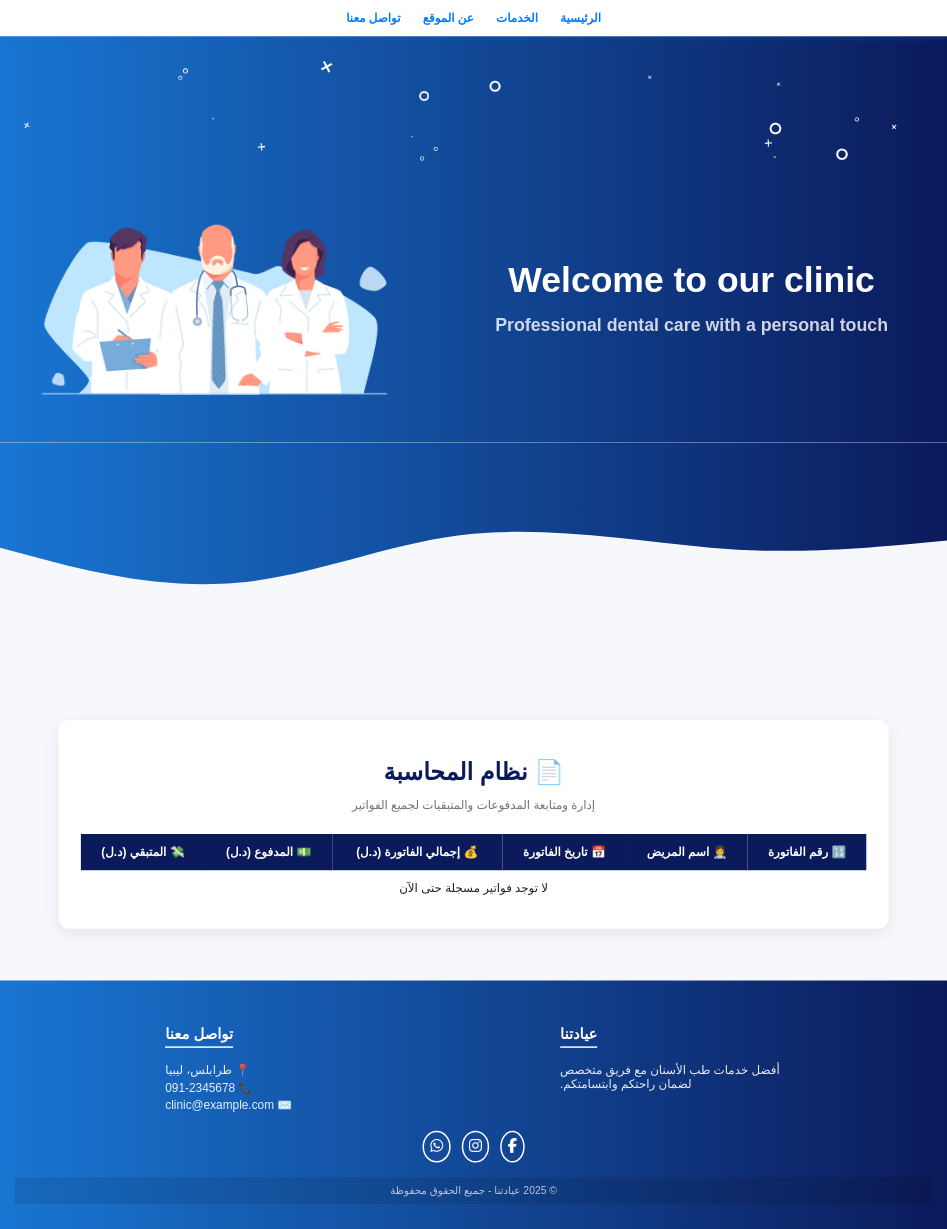
Repository: mysite4/s
Page: http://localhost/accounting-dashboard/
An editor plug-in stored every save of this project. The page is shown before and after the next save, followed by the edit.
The browser window is 1280 px wide. The pictures show the whole page, at 74% of full size.
Some web fonts or font styles are not loaded; a fallback is used. The page is served by the project's application, run on Django 5.2 (manage.py). Other server files are loaded and not shown. Queries for data that is not in the repository find no rows.

Above is the page before, as saved 2025-11-26 23:27:17.

### main/templates/services/accounting.html
{% extends 'base.html' %}
{% load static %}

{% block content %}

<link rel="stylesheet" href="{% static 'css/dashboard.css' %}">

<style>
body {
    background-color: #f7f8fc;
    font-family: 'Cairo', sans-serif;
}

.page-container {
    max-width: 1100px;
    margin: 40px auto;
    padding: 30px;
    background: #fff;
    border-radius: 15px;
    box-shadow: 0 6px 20px rgba(0,0,0,0.08);
}

.page-title {
    font-size: 32px;
    font-weight: bold;
    color: #0b1a5b;
    text-align: center;
    margin-bottom: 5px;
}

.page-subtitle {
    text-align: center;
    color: #6c757d;
    margin-bottom: 30px;
    font-size: 16px;
}

.table-container {
    overflow-x: auto;
}

.table {
    width: 100%;
    border-collapse: separate;
    border-spacing: 0;
}

.table thead {
    background: #0b1a5b;
    color: #fff;
    font-weight: 600;
}

.table th, .table td {
    padding: 15px;
    text-align: center;
    vertical-align: middle;
}

.table tbody tr {
    transition: background 0.2s;
}

.table tbody tr:hover {
    background: #f1f3f7;
}

.badge-paid {
    background: #198754;
    padding: 5px 12px;
    border-radius: 12px;
    color: #fff;
    font-weight: bold;
    font-size: 14px;
}

.badge-remain {
    background: #dc3545;
    padding: 5px 12px;
    border-radius: 12px;
    color: #fff;
    font-weight: bold;
    font-size: 14px;
}

.text-muted {
    color: #6c757d;
    font-style: italic;
}
</style>

<div class="page-container">
    <h1 class="page-title">📄 نظام المحاسبة</h1>
    <p class="page-subtitle">إدارة ومتابعة المدفوعات والمتبقيات لجميع الفواتير</p>

    <div class="table-container">
        <table class="table table-bordered table-hover">
            <thead>
                <tr>
                    <th>🔢 رقم الفاتورة</th>
                    <th>👩‍⚕️ اسم المريض</th>
                    <th>📅 تاريخ الفاتورة</th>
                    <th>💰 إجمالي الفاتورة (د.ل)</th>
                    <th>💵 المدفوع (د.ل)</th>
                    <th>💸 المتبقي (د.ل)</th>
                </tr>
            </thead>
            <tbody>
                {% for invoice in invoices %}
                <tr>
                    <td>{{ invoice.number }}</td>
                    <td>
                        {% if invoice.appointment %}
                            {{ invoice.appointment.name }}
                        {% else %}
                            <span class="text-muted">غير مرتبط بموعد</span>
                        {% endif %}
                    </td>
                    <td>{{ invoice.date|date:"Y-m-d" }}</td>
                    <td>{{ invoice.total_amount }} د.ل</td>
                    <td><span class="badge-paid">{{ invoice.paid_amount }} د.ل</span></td>
                    <td>
                        {% if invoice.remaining_amount > 0 %}
                            <span class="badge-remain">{{ invoice.remaining_amount }} د.ل</span>
                        {% else %}
                            <span class="badge-paid">0 د.ل</span>
                        {% endif %}
                    </td>
                </tr>
                {% empty %}
                <tr>
                    <td colspan="6" class="text-center text-danger fw-bold">
                        لا توجد فواتير مسجلة حتى الآن
                    </td>
                </tr>
                {% endfor %}
            </tbody>
        </table>
    </div>
</div>

{% endblock %}

### main/templates/base.html
{% load static %}
<!DOCTYPE html>
<html lang="ar" dir="rtl">
<head>
<meta charset="UTF-8">
<meta name="viewport" content="width=device-width, initial-scale=1.0">
<title>{% block title %}عيادتنا{% endblock %}</title>
<link href="https://fonts.googleapis.com/css2?family=Cairo:wght@200..1000&display=swap" rel="stylesheet">
<link rel="stylesheet" href="https://cdn.jsdelivr.net/npm/swiper@10/swiper-bundle.min.css"/>
<link rel="stylesheet" href="https://cdnjs.cloudflare.com/ajax/libs/font-awesome/6.5.0/css/all.min.css">
<link rel="stylesheet" href="{% static 'css/style.css' %}">
{% block extra_head %}{% endblock %}
</head>
<body>

<!-- الهيدر -->
<nav>
  <ul>
    <li>{% if request.path == '/' %}
  <a href="#" class="active">الرئيسية</a>
{% else %}
  <a href="{% url 'home' %}">الرئيسية</a>
{% endif %}
</li>
    <li>
    {% if request.path == '/' %}
      <a href="#services">الخدمات</a>
    {% else %}
      <a href="{% url 'home' %}#services">الخدمات</a>
    {% endif %}
  </li>
    <li>
    {% if request.path == '/' %}
      <a href="#about">عن الموقع</a>
    {% else %}
      <a href="{% url 'home' %}#about">عن الموقع</a>
    {% endif %}
  </li>
    <li><a href="#contact">تواصل معنا</a></li>
  </ul>
</nav>

<header id="home">
  <div class="header-image">
    <img src="{% static 'image/44.png' %}" alt="صورة شفافة">
  </div>
  <div class="header-content">
    <div class="header-text">
      <h1>Welcome to our clinic</h1>
      <h3>Professional dental care with a personal touch</h3>
    </div>
    <div class="header-icon">
      <img src="{% static 'image/r.png.png' %}" alt="ريم">
    </div>
  </div>
</header>
<!-- موجة -->
<svg class="waves" xmlns="http://www.w3.org/2000/svg" viewBox="0 0 1440 320">
  <defs>
    <linearGradient id="waveGradient" x1="0%" y1="0%" x2="100%" y2="0%">
      <stop offset="0%" style="stop-color:#1976d2;stop-opacity:1" />
      <stop offset="100%" style="stop-color:#0b1a5b;stop-opacity:1"/>
    </linearGradient>
  </defs>
  <path fill="url(#waveGradient)" d="M0,160L60,176C120,192,240,224,360,213.3C480,203,600,149,720,138.7C840,128,960,149,1080,160C1200,171,1320,160,1380,154.7L1440,149L1440,0L0,0Z"></path>
</svg>
<!-- مكان المحتوى لكل صفحة -->
<main>
  {% block content %}{% endblock %}
</main>

<!-- الفوتر -->
<footer id="contact">
  <div class="footer-container">
    <div class="footer-col">
      <h3>عيادتنا</h3>
      <p>أفضل خدمات طب الأسنان مع فريق متخصص لضمان راحتكم وابتسامتكم.</p>
    </div>

    <div class="footer-col">
      <h3>تواصل معنا</h3>
      <ul>
        <li>📍 طرابلس، ليبيا</li>
        <li>📞 091-2345678</li>
        <li>✉️ clinic@example.com</li>
      </ul>
    </div>
  </div>

  <div class="social-icons">
    <a href="#"><i class="fab fa-facebook-f"></i></a>
    <a href="#"><i class="fab fa-instagram"></i></a>
    <a href="#"><i class="fab fa-whatsapp"></i></a>
  </div>

  <p class="bottom-text">© 2025 عيادتنا - جميع الحقوق محفوظة</p>
</footer>

<script src="https://cdn.jsdelivr.net/npm/swiper@10/swiper-bundle.min.js"></script>
{% block extra_js %}{% endblock %}

<!-- Bootstrap JS -->
<script src="https://cdn.jsdelivr.net/npm/bootstrap@5.3.0/dist/js/bootstrap.bundle.min.js"></script>

</body>
</html>

### main/views.py
from django.shortcuts import render, redirect
from django.utils import timezone
from django.http import JsonResponse
from .models import Appointment, Patient, Notification, Invoice, Payment, AccountingItem, DoctorSchedule
from .forms import AppointmentForm, PatientForm
from django.utils.crypto import get_random_string

# ------------------- الصفحة الرئيسية -------------------
def home(request):
    return render(request, 'home.html')


# ------------------- صفحة الحجز -------------------
def booking_page(request):
    doctor_id = request.GET.get('doctor')  # للحصول على الطبيب من الرابط
    if request.method == 'POST':
        form = AppointmentForm(request.POST)
        if form.is_valid():
            appointment = form.save(commit=False)
            # السعر ثابت 500 أو يمكن تغييره حسب الحاجة
            appointment.service_price = 500
            appointment.save()

            # بيانات الدفع
            paid_amount = float(request.POST.get('paid_amount', 0))

            # إنشاء أو تحديث المريض
            patient_name = form.cleaned_data['name']
            patient_phone = form.cleaned_data['phone']
            patient_notes = form.cleaned_data.get('message', '')

            patient, created = Patient.objects.update_or_create(
                name=patient_name,
                defaults={
                    'phone': patient_phone,
                    'notes': patient_notes
                }
            )

            # إنشاء رقم فاتورة فريد
            invoice_number = "INV-" + get_random_string(6).upper()

            # إنشاء الفاتورة بدون تمرير total_amount
            invoice = Invoice.objects.create(
                appointment=appointment,
                number=invoice_number,
                paid_amount=paid_amount,
                date=timezone.now()
            )

            # إنشاء دفعة إذا تم الدفع
            if paid_amount > 0:
                Payment.objects.create(
                    invoice=invoice,
                    amount=paid_amount,
                    paid_at=timezone.now()
                )

            return render(request, 'booking_success.html', {'invoice': invoice})

    else:
        form = AppointmentForm(initial={'doctor': doctor_id})

    return render(request, 'booking.html', {'form': form, 'doctor_id': doctor_id})


# ------------------- عرض جميع المواعيد -------------------
def appointments(request):
    appointments_list = Appointment.objects.all().order_by('-date', '-time')
    return render(request, 'services/appointments.html', {'appointments': appointments_list})


# ------------------- عرض وإضافة المرضى -------------------
def patients_view(request):
    if request.method == 'POST':
        form = PatientForm(request.POST)
        if form.is_valid():
            form.save()
            return redirect('patients')
    else:
        form = PatientForm()

    patients_list = Patient.objects.all().order_by('-id')
    return render(request, 'services/patients.html', {'form': form, 'patients': patients_list})


# ------------------- صفحة المحاسبة -------------------
def accounting_dashboard(request):
    items = AccountingItem.objects.all().order_by('date')
    invoices = Invoice.objects.all().order_by('-date')
    context = {
        'accounting_items': items,
        'invoices': invoices
    }
    return render(request, 'services/accounting.html', context)


# ------------------- صفحة الاستقبال -------------------
def reception(request):
    doctors = DoctorSchedule.objects.all()
    return render(request, 'services/reception.html', {'doctors': doctors})


# ------------------- صفحة المهام -------------------
def tasks(request):
    return render(request, 'services/tasks.html')


# ------------------- صفحة الطوارئ -------------------
def emergency(request):
    return render(request, 'services/emergency.html')


# ------------------- تعديل موعد باستخدام AJAX -------------------
def edit_appointment(request):
    if request.method == "POST":
        appointment_id = request.POST.get("appointment_id")
        appointment = Appointment.objects.get(id=appointment_id)
        appointment.name = request.POST.get("patient_name")
        appointment.date = request.POST.get("date")
        appointment.time = request.POST.get("time")
        appointment.save()
        return JsonResponse({"success": True})
    return JsonResponse({"success": False})


# ------------------- صفحة الإحصائيات -------------------
def stats_view(request):
    today = timezone.localdate()
    total_patients = Patient.objects.count()
    visits_today = Appointment.objects.filter(created_at__date=today).count()
    context = {
        'total_patients': total_patients,
        'visits_today': visits_today,
    }
    return render(request, 'services/statistics.html', context)


# ------------------- صفحة الإشعارات -------------------
def notifications_page(request):
    notifications = Notification.objects.filter(is_active=True).order_by('-created_at')
    return render(request, 'services/notifications.html', {'notifications': notifications})

### mysite/urls.py
"""
URL configuration for mysite project.

The `urlpatterns` list routes URLs to views. For more information please see:
    https://docs.djangoproject.com/en/5.2/topics/http/urls/
Examples:
Function views
    1. Add an import:  from my_app import views
    2. Add a URL to urlpatterns:  path('', views.home, name='home')
Class-based views
    1. Add an import:  from other_app.views import Home
    2. Add a URL to urlpatterns:  path('', Home.as_view(), name='home')
Including another URLconf
    1. Import the include() function: from django.urls import include, path
    2. Add a URL to urlpatterns:  path('blog/', include('blog.urls'))
"""
from django.contrib import admin
from django.urls import path, include

urlpatterns = [
    path('admin/', admin.site.urls),
    path('', include('main.urls')),
]

### main/urls.py
from django.urls import path
from . import views
from .views import accounting_dashboard

urlpatterns = [
    path('', views.home, name='home'),
    path('booking/', views.booking_page, name='booking_page'),
    path('services/appointments/', views.appointments, name='appointments'),
    path('services/patients/', views.patients_view, name='patients'),
     path("accounting-dashboard/", accounting_dashboard, name="accounting_dashboard"),
    path('services/reception/', views.reception, name='reception'),
    path('services/notifications/', views.notifications_page, name='notifications'),
    path('services/statistics/', views.stats_view, name='statistics'),  # ✅ تم التعديل هنا
    path('services/tasks/', views.tasks, name='tasks'),
    path('services/emergency/', views.emergency, name='emergency'),
    path('edit_appointment/', views.edit_appointment, name='edit_appointment'),
]

### main/static/css/dashboard.css
@import url('https://fonts.googleapis.com/css2?family=Cairo:wght@400;600;700&display=swap');

body {
  font-family: 'Cairo', sans-serif;
  background-color: #f8fbfd;
  color: #222;
  margin: 0;
  padding: 0;
  direction: rtl;
}

.page-container {
  width: 90%;
  margin: 60px auto;
  text-align: center;
}

.page-title {
  font-size: 2.2rem;
  color: #0077b6;
  margin-bottom: 40px;
  font-weight: 700;
  text-align: center;

}

.grid-container {
  display: grid;
  grid-template-columns: repeat(auto-fit, minmax(270px, 1fr));
  gap: 25px;
}

.card {
  background-color: #fff;
  padding: 25px;
  border-radius: 18px;
  box-shadow: 0 3px 15px rgba(0, 0, 0, 0.07);
  transition: transform 0.3s ease, box-shadow 0.3s ease;
}

.card:hover {
  transform: translateY(-6px);
  box-shadow: 0 5px 18px rgba(0, 0, 0, 0.1);
}

.card h3 {
  color: #023e8a;
  margin-bottom: 10px;
}

.card p {
  font-size: 0.95rem;
  color: #555;
  margin-bottom: 15px;
}

.btn-main, .btn-secondary, .btn-alert {
  border: none;
  border-radius: 12px;
  padding: 10px 20px;
  cursor: pointer;
  font-weight: bold;
  transition: all 0.3s ease;
}

.btn-main {
  background-color: #0077b6;
  color: white;
}

.btn-main:hover {
  background-color: #0096c7;
}

.btn-secondary {
  background-color: #90e0ef;
  color: #023e8a;
}

.btn-secondary:hover {
  background-color: #48cae4;
}

.btn-alert {
  background-color: #ef476f;
  color: white;
}

.btn-alert:hover {
  background-color: #d62839;
}

.fade-in {
  animation: fadeIn 0.8s ease forwards;
  opacity: 0;
}

@keyframes fadeIn {
  from { opacity: 0; transform: translateY(15px); }
  to { opacity: 1; transform: translateY(0); }
}

.stats-page {
  padding: 40px;
}

.page-subtitle {
  color: #555;
  margin-bottom: 30px;
}

.stats-cards {
  display: grid;
  grid-template-columns: repeat(auto-fit, minmax(230px, 1fr));
  gap: 20px;
  margin-bottom: 40px;
}

.stat-card {
  text-align: center;
  padding: 20px;
  border-radius: 15px;
  background: #fff;
  box-shadow: 0 4px 10px rgba(0,0,0,0.08);
}

.stat-number {
  font-size: 2rem;
  font-weight: bold;
  color: #333;
}

.stat-change {
  display: inline-block;
  margin-top: 8px;
  font-size: 0.9rem;
  border-radius: 12px;
  padding: 4px 10px;
}

.stat-change.positive {
  background: #d4edda;
  color: #155724;
}

.stat-change.negative {
  background: #f8d7da;
  color: #721c24;
}

.stat-change.neutral {
  background: #e2e3e5;
  color: #383d41;
}

.charts-section {
  display: grid;
  grid-template-columns: repeat(auto-fit, minmax(300px, 1fr));
  gap: 25px;
}

.chart-card {
  background: #fff;
  border-radius: 15px;
  box-shadow: 0 4px 10px rgba(0,0,0,0.08);
  padding: 20px;
  text-align: center;
}

.chart-card img {
  width: 100%;
  margin-top: 10px;
  border-radius: 10px;
}

.tasks-page {
  padding: 40px;
}

.page-subtitle {
  color: #555;
  margin-bottom: 25px;
}

.add-task-card {
  display: flex;
  justify-content: center;
  align-items: center;
  gap: 10px;
  margin-bottom: 40px;
}

.task-input {
  width: 60%;
  padding: 12px 15px;
  border-radius: 10px;
  border: 1px solid #ccc;
  font-size: 1rem;
  transition: 0.3s;
}

.task-input:focus {
  border-color: #007bff;
  outline: none;
  box-shadow: 0 0 5px rgba(0,123,255,0.2);
}

.tasks-grid {
  display: grid;
  grid-template-columns: repeat(auto-fit, minmax(270px, 1fr));
  gap: 25px;
}

.task-column {
  background: #fff;
  border-radius: 15px;
  box-shadow: 0 3px 10px rgba(0,0,0,0.08);
  padding: 20px;
}

.task-column h3 {
  margin-bottom: 15px;
  border-bottom: 2px solid #eee;
  padding-bottom: 8px;
}

.task-card {
  background: #f9f9f9;
  border-radius: 12px;
  padding: 15px;
  margin-bottom: 12px;
  box-shadow: 0 2px 6px rgba(0,0,0,0.05);
  transition: 0.3s;
}

.task-card:hover {
  transform: translateY(-3px);
}

.task-card h4 {
  margin: 0 0 5px 0;
  font-size: 1.1rem;
}

.task-card p {
  font-size: 0.9rem;
  color: #555;
}

.tag {
  display: inline-block;
  margin-top: 8px;
  font-size: 0.8rem;
  padding: 4px 10px;
  border-radius: 10px;
  background: #ddd;
}

.in-progress {
  border-left: 5px solid #007bff;
}

.done {
  border-left: 5px solid #28a745;
}

.delayed {
  border-left: 5px solid #dc3545;
}

.emergency-page {
  padding: 40px;
}

.page-subtitle {
  color: #555;
  margin-bottom: 25px;
}

.alert-banner {
  background: #ffe5e5;
  color: #b10000;
  border-left: 6px solid #ff3b3b;
  padding: 15px 20px;
  border-radius: 10px;
  margin-bottom: 30px;
  font-weight: 600;
}

.emergency-grid {
  display: grid;
  grid-template-columns: repeat(auto-fit, minmax(280px, 1fr));
  gap: 25px;
  margin-bottom: 40px;
}

.emergency-card {
  border-radius: 15px;
  padding: 25px;
  color: #fff;
  transition: 0.3s;
  box-shadow: 0 4px 10px rgba(0,0,0,0.15);
}

.emergency-card h3 {
  margin-bottom: 10px;
}

.emergency-card p {
  font-size: 0.95rem;
  opacity: 0.9;
  margin-bottom: 15px;
}

.emergency-card.red {
  background: linear-gradient(135deg, #e53935, #b71c1c);
}

.emergency-card.orange {
  background: linear-gradient(135deg, #ff9800, #e65100);
}

.emergency-card.green {
  background: linear-gradient(135deg, #4caf50, #1b5e20);
}

.emergency-card:hover {
  transform: translateY(-5px);
}

.contact-emergency {
  background: #fff;
  padding: 25px;
  border-radius: 15px;
  text-align: center;
  box-shadow: 0 3px 10px rgba(0,0,0,0.08);
}

.hotline {
  font-size: 1.6rem;
  font-weight: 700;
  color: #e53935;
  margin: 10px 0 20px;
}

.pulse {
  animation: pulse 1.5s infinite;
}

@keyframes pulse {
  0% { transform: scale(1); box-shadow: 0 0 0 0 rgba(229,57,53, 0.6); }
  70% { transform: scale(1.05); box-shadow: 0 0 0 10px rgba(229,57,53, 0); }
  100% { transform: scale(1); box-shadow: 0 0 0 0 rgba(229,57,53, 0); }
}

Loaded but not shown: main/static/css/style.css (525 lines, source omitted)

After the next save:
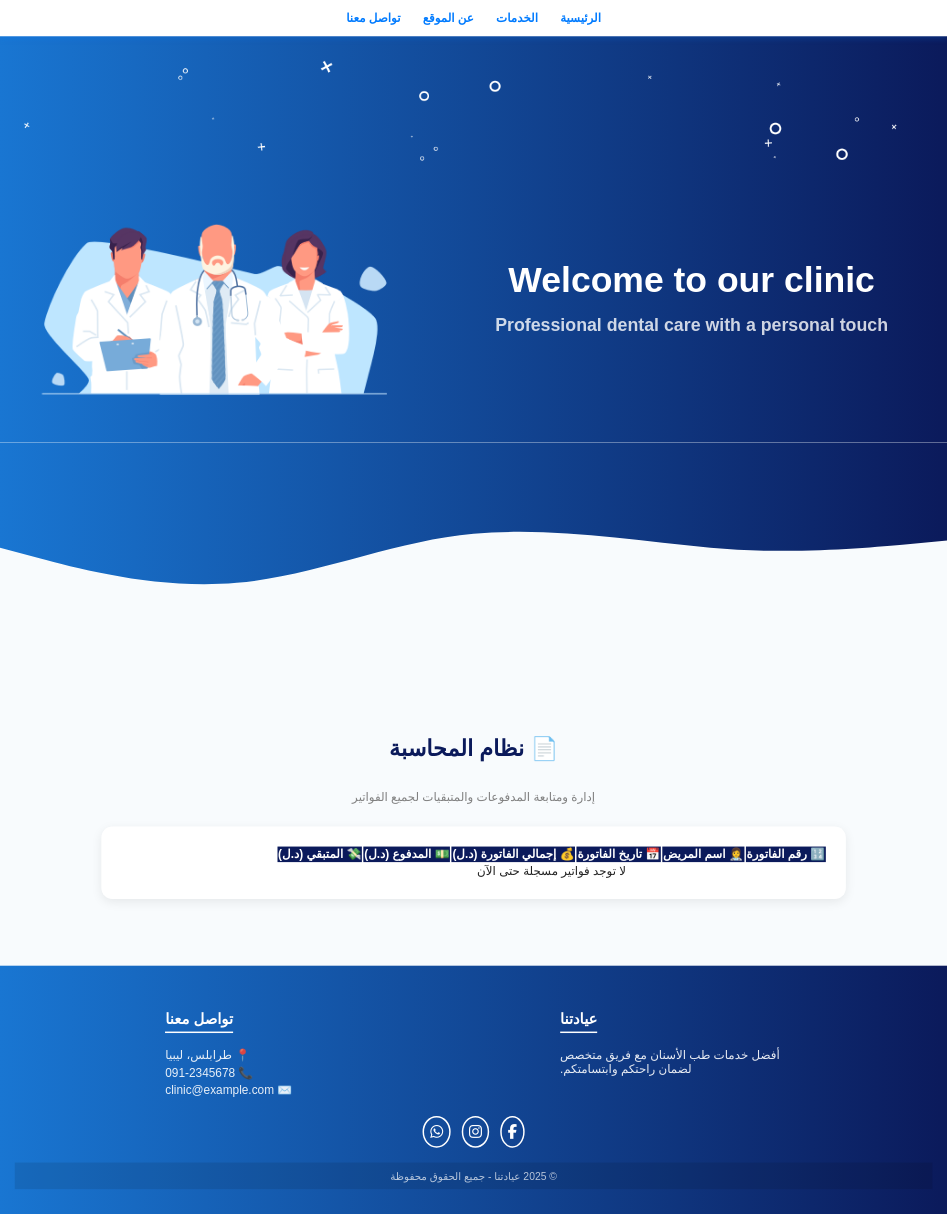
Saved 9 min 52 s later.
--- a/main/templates/services/accounting.html
+++ b/main/templates/services/accounting.html
@@ -6,90 +6,59 @@
 <link rel="stylesheet" href="{% static 'css/dashboard.css' %}">
 
 <style>
-body {
-    background-color: #f7f8fc;
-    font-family: 'Cairo', sans-serif;
+.table-container {
+    width: 90%;
+    margin: 30px auto;
+    background: #fff;
+    padding: 25px;
+    border-radius: 15px;
+    box-shadow: 0px 4px 15px rgba(0,0,0,0.08);
+    overflow-x: auto;
 }
 
-.page-container {
-    max-width: 1100px;
-    margin: 40px auto;
-    padding: 30px;
-    background: #fff;
-    border-radius: 15px;
-    box-shadow: 0 6px 20px rgba(0,0,0,0.08);
+.table thead {
+    background: #0b1a5b;
+    color: white;
+    text-align: center;
+}
+
+.table td, .table th {
+    text-align: center;
+    vertical-align: middle;
+}
+
+.badge-paid {
+    background: #198754;
+    padding: 6px 10px;
+    border-radius: 8px;
+    color: white;
+    font-weight: bold;
+}
+
+.badge-remain {
+    background: #dc3545;
+    padding: 6px 10px;
+    border-radius: 8px;
+    color: white;
+    font-weight: bold;
 }
 
 .page-title {
-    font-size: 32px;
+    font-size: 30px;
     font-weight: bold;
     color: #0b1a5b;
     text-align: center;
-    margin-bottom: 5px;
+    margin-top: 20px;
 }
 
 .page-subtitle {
     text-align: center;
-    color: #6c757d;
-    margin-bottom: 30px;
-    font-size: 16px;
-}
-
-.table-container {
-    overflow-x: auto;
-}
-
-.table {
-    width: 100%;
-    border-collapse: separate;
-    border-spacing: 0;
-}
-
-.table thead {
-    background: #0b1a5b;
-    color: #fff;
-    font-weight: 600;
-}
-
-.table th, .table td {
-    padding: 15px;
-    text-align: center;
-    vertical-align: middle;
-}
-
-.table tbody tr {
-    transition: background 0.2s;
-}
-
-.table tbody tr:hover {
-    background: #f1f3f7;
-}
-
-.badge-paid {
-    background: #198754;
-    padding: 5px 12px;
-    border-radius: 12px;
-    color: #fff;
-    font-weight: bold;
-    font-size: 14px;
-}
-
-.badge-remain {
-    background: #dc3545;
-    padding: 5px 12px;
-    border-radius: 12px;
-    color: #fff;
-    font-weight: bold;
-    font-size: 14px;
-}
-
-.text-muted {
-    color: #6c757d;
-    font-style: italic;
+    color: gray;
+    margin-bottom: 20px;
 }
 </style>
 
-<div class="page-container">
+<div class="page-container fade-in">
     <h1 class="page-title">📄 نظام المحاسبة</h1>
     <p class="page-subtitle">إدارة ومتابعة المدفوعات والمتبقيات لجميع الفواتير</p>
 
@@ -109,6 +78,7 @@ body {
                 {% for invoice in invoices %}
                 <tr>
                     <td>{{ invoice.number }}</td>
+
                     <td>
                         {% if invoice.appointment %}
                             {{ invoice.appointment.name }}
@@ -116,15 +86,23 @@ body {
                             <span class="text-muted">غير مرتبط بموعد</span>
                         {% endif %}
                     </td>
+
                     <td>{{ invoice.date|date:"Y-m-d" }}</td>
-                    <td>{{ invoice.total_amount }} د.ل</td>
-                    <td><span class="badge-paid">{{ invoice.paid_amount }} د.ل</span></td>
+
                     <td>
-                        {% if invoice.remaining_amount > 0 %}
-                            <span class="badge-remain">{{ invoice.remaining_amount }} د.ل</span>
+                        {% if invoice.appointment %}
+                            {{ invoice.appointment.service_price }} د.ل
                         {% else %}
-                            <span class="badge-paid">0 د.ل</span>
+                            0 د.ل
                         {% endif %}
+                    </td>
+
+                    <td>
+                        <span class="badge-paid">{{ invoice.paid_amount }} د.ل</span>
+                    </td>
+
+                    <td>
+                        <span class="badge-remain">{{ invoice.remaining_amount }} د.ل</span>
                     </td>
                 </tr>
                 {% empty %}
